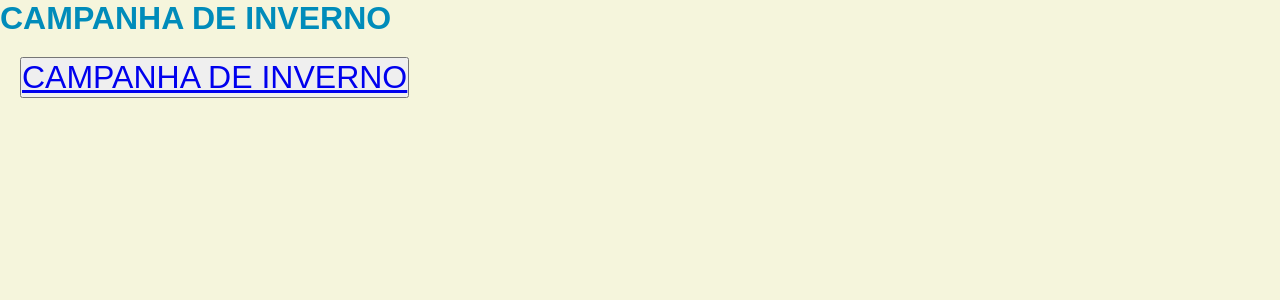
Repository: adrtrvs/qrcodeong
Page: campaignall.html
The author's editor kept a copy of each file at every save. The page is drawn from the files as they stood at one save, then again after the next save.
The browser window is 1280 px wide. The pictures show the whole page.
Some web fonts or font styles are not loaded; a fallback is used.

Above is the page before, as saved 2023-05-26 09:39:36.

### campaignall.html
<!DOCTYPE html>
<html lang="pt-br">
  <head>
    <meta charset="UTF-8" />
    <meta http-equiv="X-UA-Compatible" content="IE=edge" />
    <meta name="viewport" content="width=device-width, initial-scale=1.0" />
    <link
      href="./files/logofavifinal.jpeg"
      rel="shortcut icon"
      type="image/x-icon"
    />
    <link rel="stylesheet" href="style.css" />
    <title>Campanha de inverno</title>
  </head>
  <body>
    <h1>Campanha de inverno</h1>
    <button class="campaignbutton">
      <a href="#" target="_blank">Campanha de Inverno</a>
  </body>
</html>

### style.css
@import url('https://fonts.googleapis.com/css2?family=Courgette&display=swap');
@import url('https://fonts.googleapis.com/css2?family=Indie+Flower&display=swap');
@import url('https://fonts.googleapis.com/css2?family=Cuprum:wght@500&display=swap');
* {
  padding: 0;
  margin: 0;
}
@keyframes animate {
  0% {
    opacity: 0;
  }

  50% {
    opacity: 1;
  }

  100% {
    opacity: 0;
  }
}

body {
  background-color: #f5f5dc;
  background-repeat: no-repeat;
  background-size: cover;
  width: 100%;
}

header img {
  width: 100%;
}

header p {
  color: black;
  text-align: center;
  font-size: 18px;
  margin: 10px;
  font-family: 'Cuprum', sans-serif;
}

/*FONTES*/

h1,
h2,
h3 {
  color: #008cba;
  text-transform: uppercase;
  font-family: 'Cuprum', sans-serif;
}

/* MENU INDEX */

.menu h2 {
  background-color: #008cba;
  text-align: center;
  font-size: 18px;
  margin: 5px;
  padding: 5px;
  color: whitesmoke;
  font-family: 'Cuprum', sans-serif;
}

.menu h3 {
  font-size: 16px;
  margin-bottom: 5px;
  font-family: 'Cuprum', sans-serif;
}

/* LISTA INDEX */

ul li {
  display: flex;
  justify-content: space-between;
  padding: 16px;
  border-bottom: 1px solid rgba(0, 0, 0, 0.1);
}

/* PARAGRAFOS INDEX*/

.details {
  padding: 5px;
  color: #008cba;
  font-family: 'Cuprum', sans-serif;
}

/*BOTAO INDEX*/

._link {
  background-color: #008cba;
  border: none;
  padding: 13px 23px;
  border-radius: 26px;
  align-self: flex-start;
}

.submenu button a {
  text-decoration: none;
  font-size: 14px;
  color: whitesmoke;
  white-space: nowrap;
  font-family: 'Cuprum', sans-serif;
}

._link:hover {
  background-color: #cbf305;
  transition-duration: 0.4s;
}

.botaocomprov {
  background-color: #4caf50;
  border: none;
  padding: 13px 23px;
  border-radius: 26px;
}
.botaocomprov:hover {
  background-color: #cbf305;
  transition-duration: 0.4s;
}
.botaocomprov a {
  text-decoration: none;
  font-size: 14px;
  color: whitesmoke;
  white-space: nowrap;
  font-family: 'Cuprum', sans-serif;
}
/* PIX ONG  */
._pix {
  color: black;
  padding: 20px;
  text-align: center;
}
.qrcodepixong {
  display: flex;
  flex-direction: column;
  align-items: center;
  background-color: whitesmoke;
}
.qrcodepixong img {
  max-width: -webkit-fill-available;
}

/* TROCO SOLIDÁRIO */

div.trocorockn {
  display: flex;
  flex-direction: column;
  align-items: center;
  background-color: whitesmoke;
}
.trocorockn img {
  max-width: -webkit-fill-available;
}
.ultroco li {
  text-align: center;
  font-family: 'Cuprum', sans-serif;
  color: #008cba;
}

/*BOTÃO CAMPANHAS*/

.campaignbutton {
  text-align: center;
  margin: 20px;
  text-decoration: none;
  text-transform: uppercase;
  font-size: 2em;
  color: rgba(219, 10, 10, 0.73);
  text-align: center;
  animation: animate 2s linear infinite;
  font-family: 'Cuprum', sans-serif;
}

/*
.bcampaign {
  padding: 8px 15px;
  border-radius: 26px;
  border: none;
  background-color: #008cba;
}

.bcampaign:hover {
  background-color: #cbf305;
  transition-duration: 0.4s;
} */
/* CAMPAIGN*/

/* campaignvid {
  display: flex;
  flex-direction: column;
  align-items: center;
 */

/* .buttoncampaignaj {
  padding: 8px 15px;
  border-radius: 26px;
  border: none;
  background-color: #008cba;
  margin: 20px;
}

.buttoncampaignaj a {
  text-decoration: none;
  text-transform: uppercase;
  font-size: 2em;
  color: whitesmoke;
  animation: animate 3s linear infinite;
}

.buttoncampaignaj:hover {
  background-color: #4caf50;
  transition-duration: 0.4s;
}

.titlecampaing {
  text-align: center;
  color: rgba(0, 0, 0, 0.9);
}

.campaigndescription {
  font-size: 16px;
  color: rgba(0, 0, 0, 0.8);
  padding: 16px;
  text-align: center;
  justify-content: space-between;
} */

After the next save:
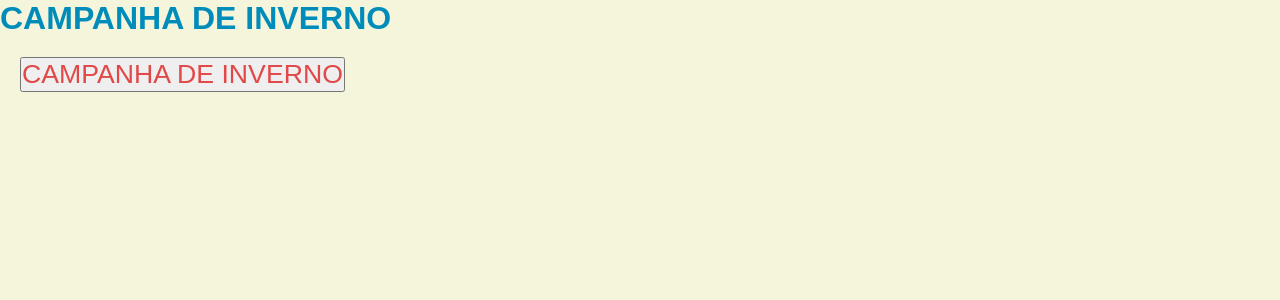
Saved 20 s later.
--- a/style.css
+++ b/style.css
@@ -161,6 +161,9 @@ div.trocorockn {
 .campaignbutton {
   text-align: center;
   margin: 20px;
+}
+
+.campaignbutton a {
   text-decoration: none;
   text-transform: uppercase;
   font-size: 2em;
@@ -170,7 +173,6 @@ div.trocorockn {
   font-family: 'Cuprum', sans-serif;
 }
 
-/*
 .bcampaign {
   padding: 8px 15px;
   border-radius: 26px;
